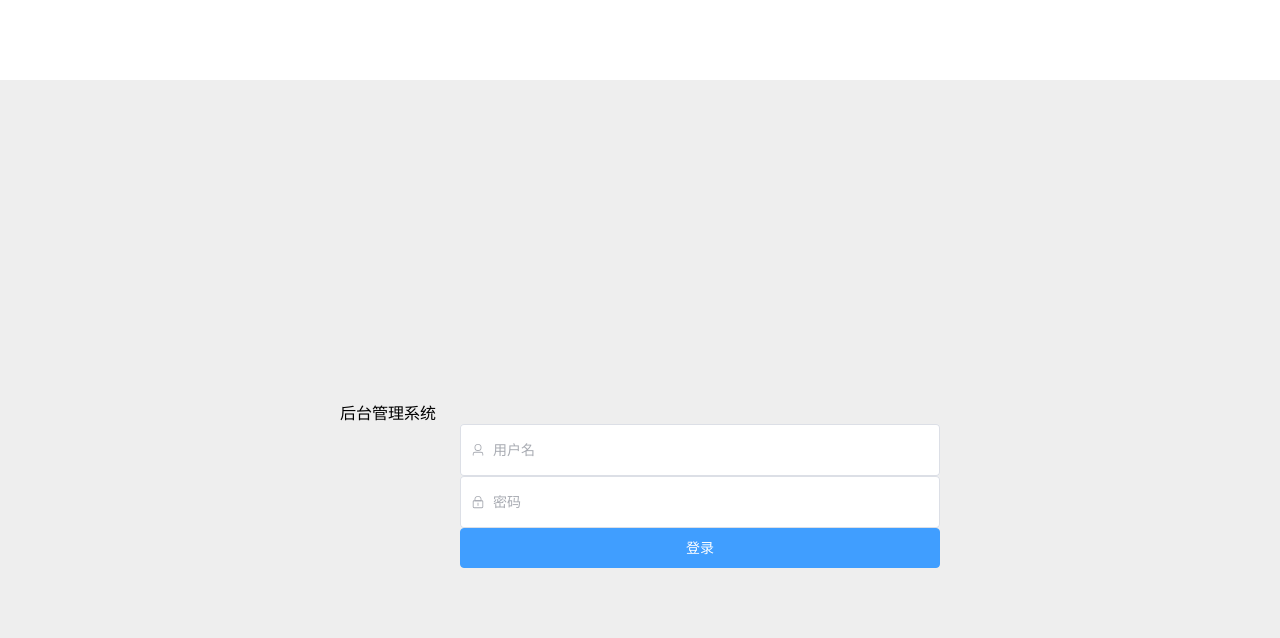
Repository: secret47/test-office-demo
Page: /
These files come from the project's save history. The page is drawn as it stood at one moment and after the next save; the edit follows.
The browser window is 1280 px wide. The pictures show the whole page.
The project was rebuilt for these pictures with package versions that can differ from the ones it lists, and the page was loaded fresh each time. Also part of the build but not shown: vite.config.js.

Above is the page before, as saved 2024-10-28 11:50:30.

After the next save:
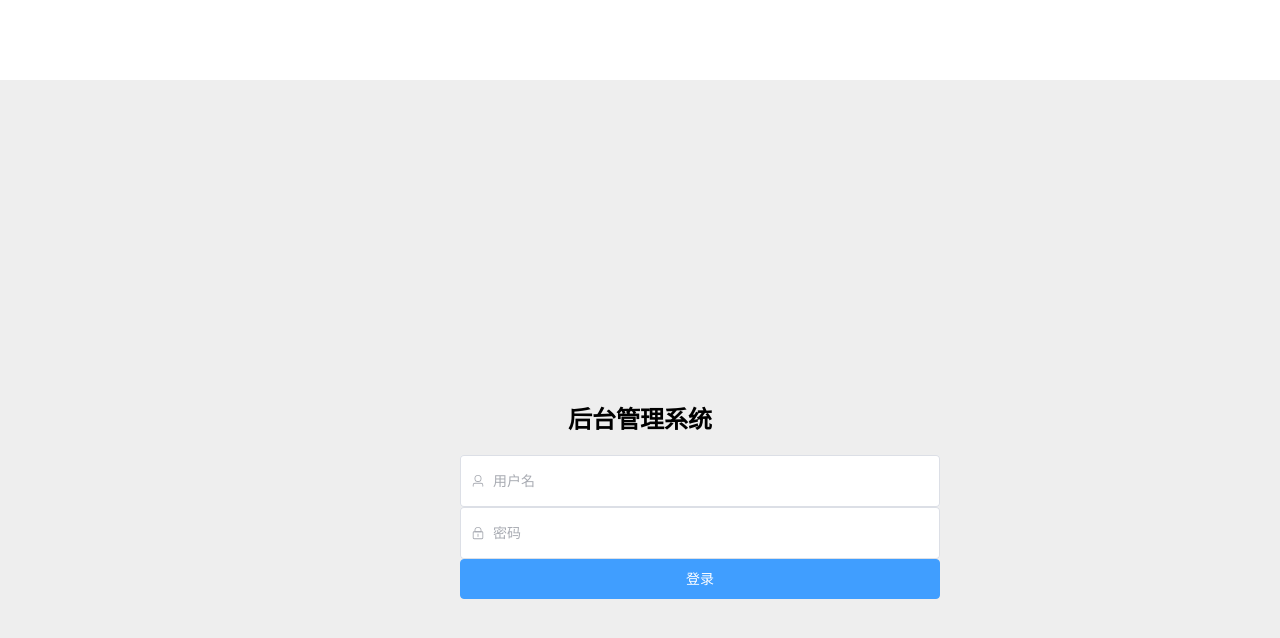
Saved 17 s later.
--- a/src/views/login.vue
+++ b/src/views/login.vue
@@ -43,6 +43,13 @@ const userInfo = reactive({
     margin: 300px auto 0;
     padding: 20px;
 
+    .title {
+        font-size: 24px;
+        font-weight: 700;
+        text-align: center;
+        margin-bottom: 20px;
+    }
+
     .logBtn{
         width:100%;
         height: 40px;
